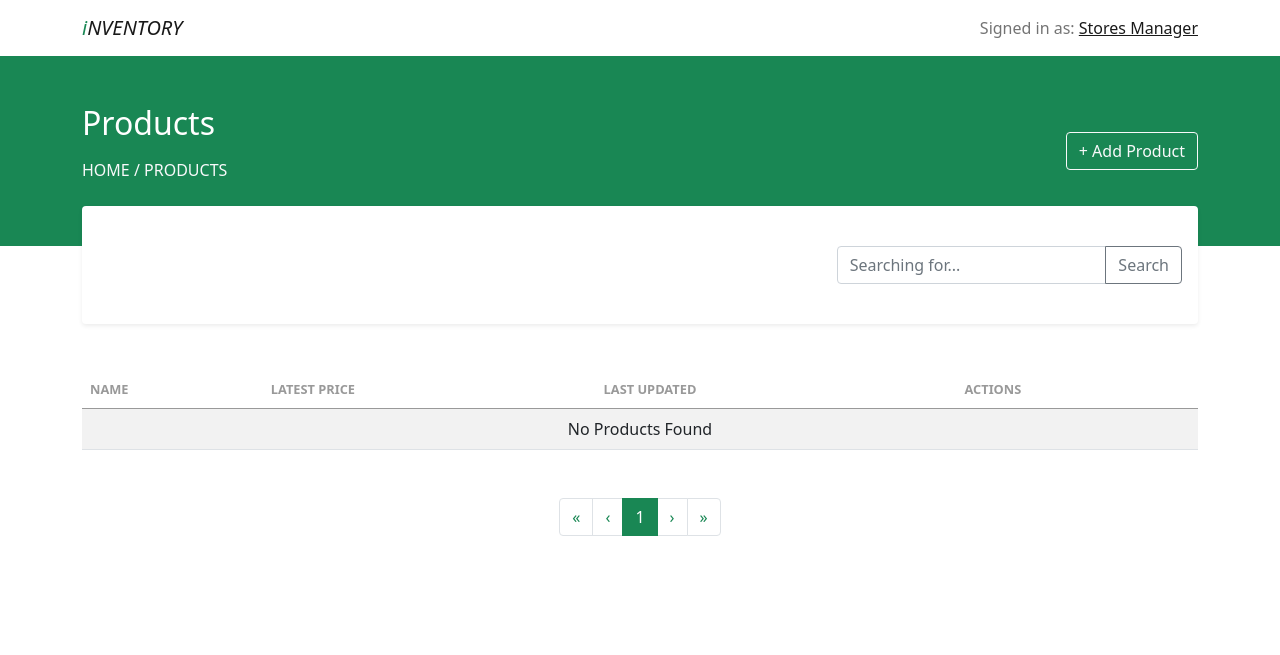
Repository: tHEO2k17/inventory-manager
Page: /
These files come from the project's save history. The page is drawn as it stood at one moment and after the next save; the edit follows.
The browser window is 1280 px wide. The pictures show the whole page.
The project was rebuilt for these pictures with package versions that can differ from the ones it lists, and the page was loaded fresh each time. Also part of the build but not shown: src/presentation/components/ProductForm.tsx, src/presentation/components/Product.tsx.

Above is the page before, as saved 2021-09-01 06:35:14.

After the next save:
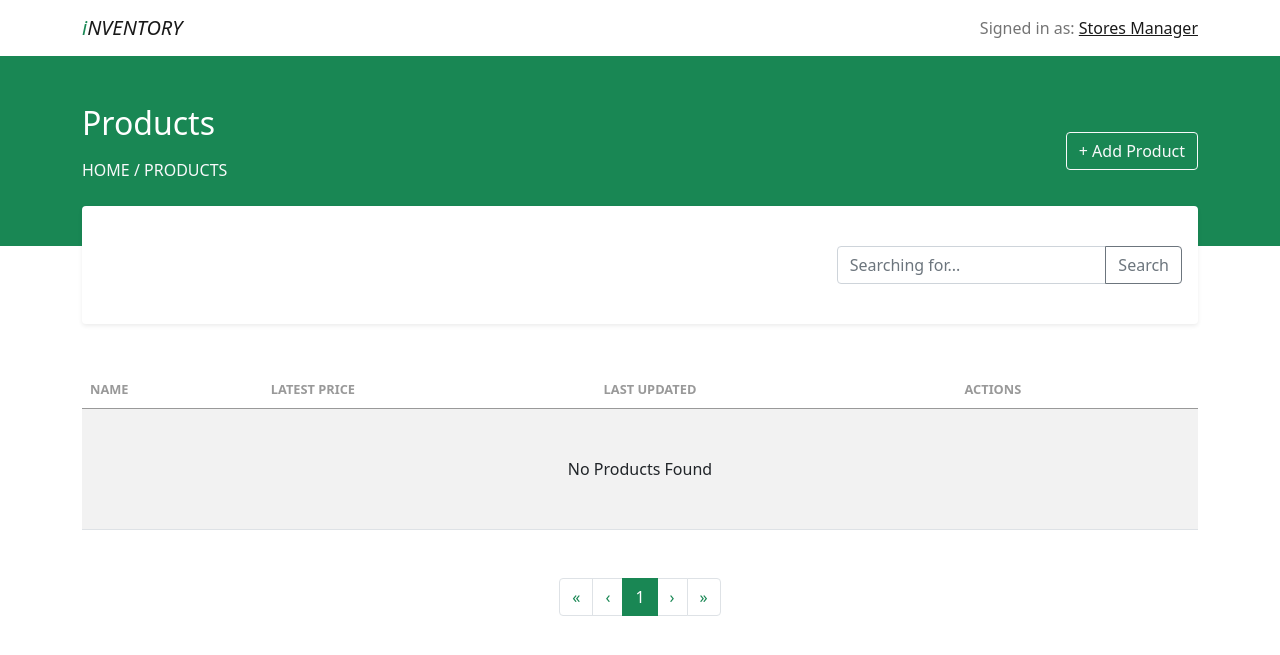
Saved 9 s later.
--- a/src/presentation/components/EmptyRow.tsx
+++ b/src/presentation/components/EmptyRow.tsx
@@ -1,7 +1,7 @@
 const EmptyRow = () =>{
     return (
         <tr>
-            <td className="text-center" colSpan={4}>No Products Found</td>
+            <td className="text-center py-5" colSpan={4}>No Products Found</td>
         </tr>
     );
 }
